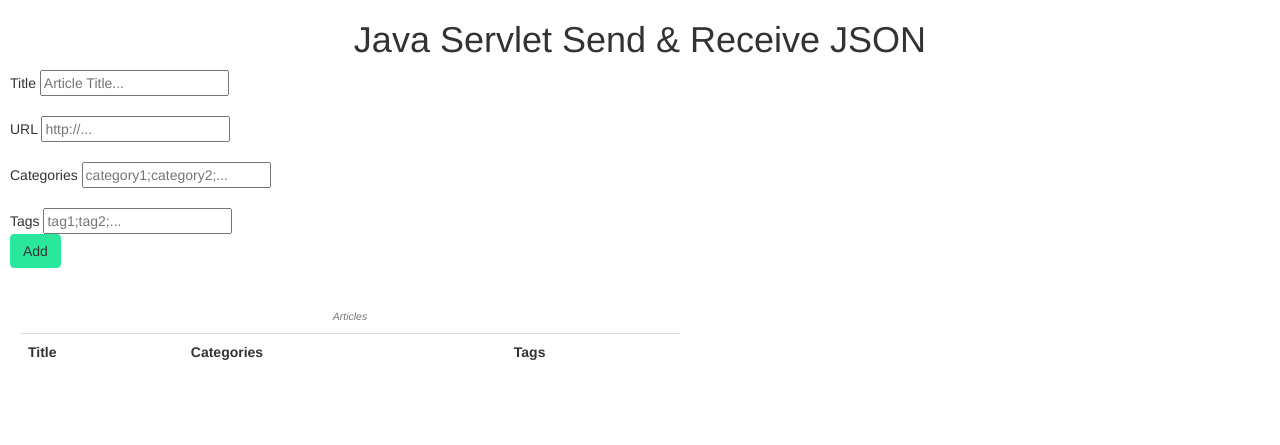
Repository: Zacharilius/JaSON
Page: JaSON_DynWebProj/WebContent/index.html
An editor plug-in stored every save of this project. The page is shown before and after the next save, followed by the edit.
The browser window is 1280 px wide. The pictures show the whole page.

Above is the page before, as saved 2015-02-15 16:13:23.
Not found: JaSON_DynWebProj/WebContent/js/myfunctions.js

After the next save:
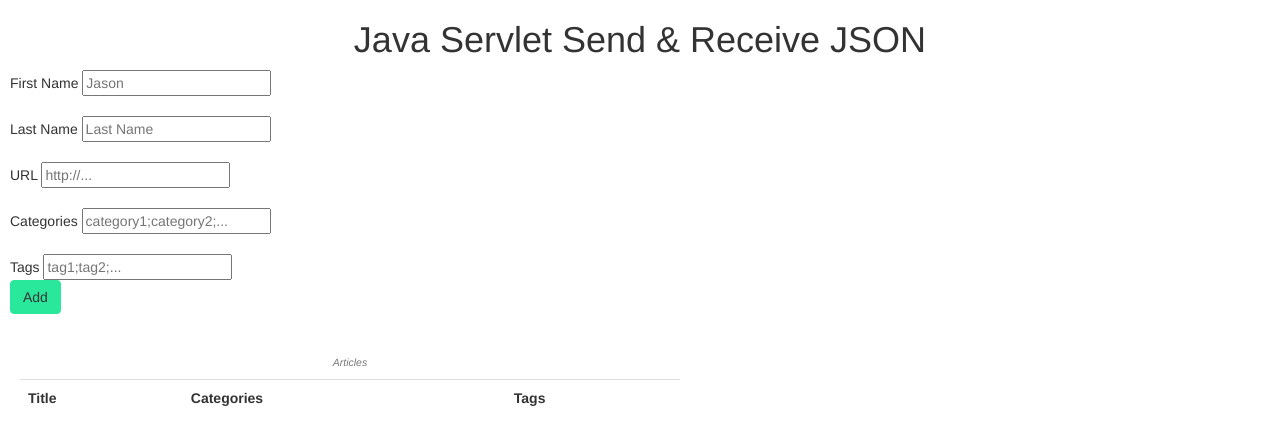
Saved 3 min 46 s later.
--- a/JaSON_DynWebProj/WebContent/index.html
+++ b/JaSON_DynWebProj/WebContent/index.html
@@ -20,8 +20,13 @@
     <!-- article inputs -->
     <div class="article" style="margin:10px;">
         <div class="input-prepend">
-            <span class="add-on">Title</span>
-            <input class="span4" id="title" name="title" type="text" placeholder="Article Title...">
+            <span class="add-on">First Name</span>
+            <input class="span4" id="firstName" name="firstName" type="text" placeholder="Jason">
+        </div>
+        <br/>
+        <div class="input-prepend">
+            <span class="add-on">Last Name</span>
+            <input class="span4" id="lastName" name="lastName" type="text" placeholder="Last Name">
         </div>
         <br/>
         <div class="input-prepend">
